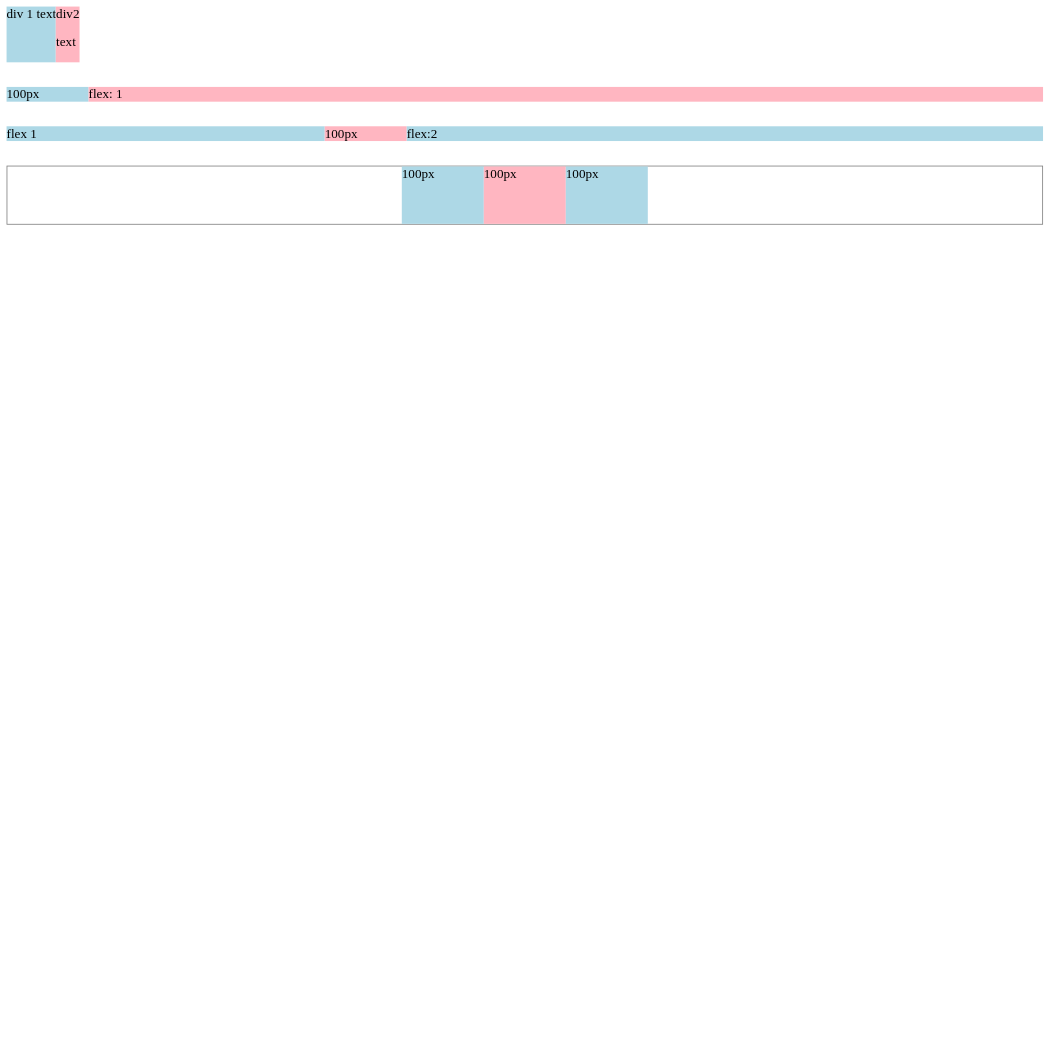
Repository: knowledgeAlan/html-css-twelve
Page: flexbox.html
An editor plug-in stored every save of this project. The page is shown before and after the next save, followed by the edit.
The browser window is 1280 px wide. The pictures show the whole page, at 82% of full size.

Above is the page before, as saved 2024-03-11 17:22:55.

After the next save:
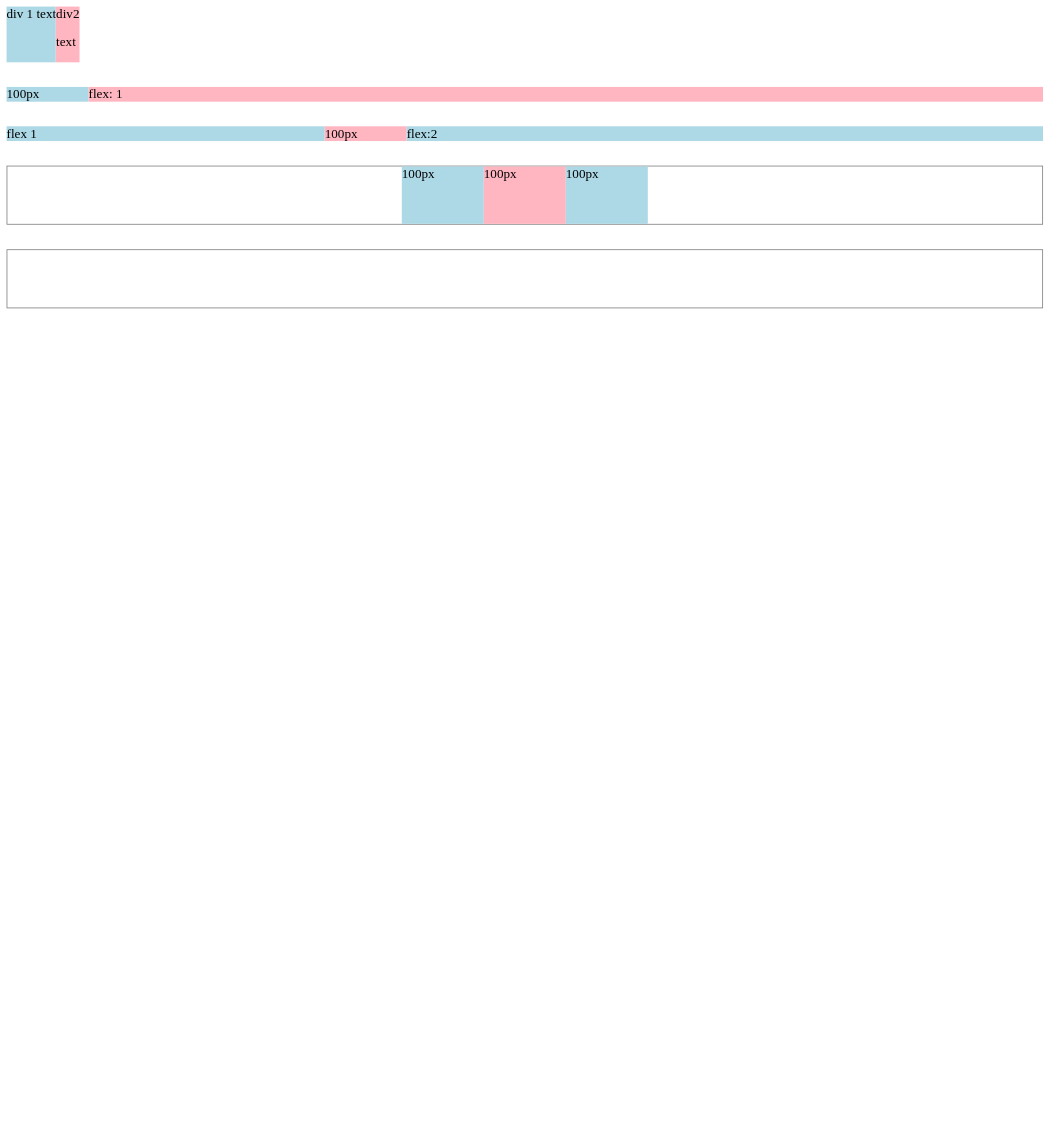
Saved 113 s later.
--- a/flexbox.html
+++ b/flexbox.html
@@ -97,5 +97,20 @@
         </div>
         </div>
 
+
+        <div style="
+            margin-top: 30px;
+            height: 70px;
+            border-width: 1px;
+            border-style: solid;
+            border-color: gray;
+
+            display: flex;
+            flex-direction:  row;
+            justify-content: space-between;
+        ">
+
+        </div>
+
     </body>
 </html>
